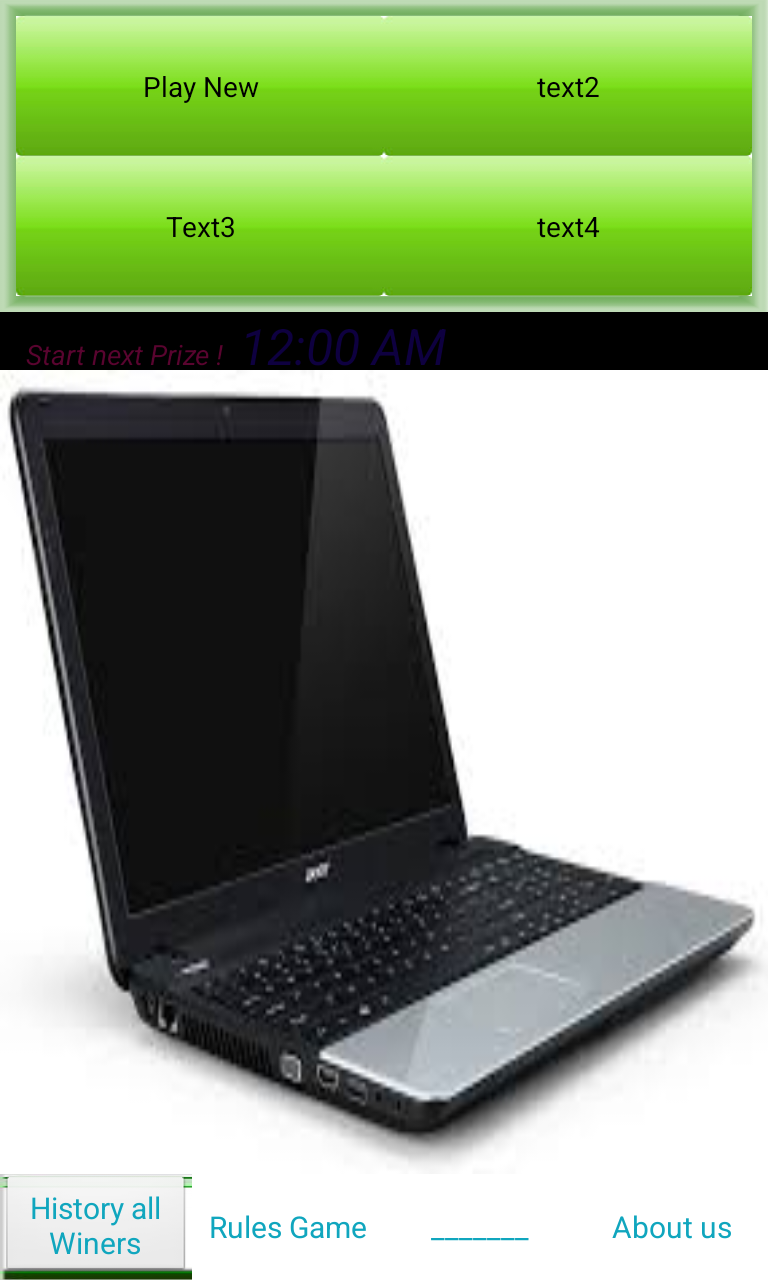
Repository: Skyremix/lottery
Layout: lotery/thelotter/res/layout/activity_main.xml
The author's editor kept a copy of each file at every save. The layout is drawn from the files as they stood at one save, then again after the next save.
It is drawn on a 768 x 1280 px phone screen (xhdpi) without system bars, with theme android:Theme.WithActionBar; the app's code is not run. The app's manifest (not shown) leaves right-to-left support off. So textAlignment, textDirection and layoutDirection are ignored, and left and right values win over start and end ones.

Above is the layout before, as saved 2015-04-07 20:43:29.

### lotery/thelotter/res/layout/activity_main.xml
<RelativeLayout xmlns:android="http://schemas.android.com/apk/res/android"
    xmlns:tools="http://schemas.android.com/tools"
    android:layout_width="match_parent"
    android:layout_height="match_parent"
    android:paddingBottom="0dp"
    android:paddingLeft="0dp"
    android:paddingRight="0dp"
    android:paddingTop="0dp"
    tools:context="com.example.thelotter.MainActivity" >

<LinearLayout
    android:layout_width="match_parent"
    android:layout_height="match_parent"
   	android:orientation="vertical">

    <LinearLayout
        android:layout_width="match_parent"
        android:layout_height="match_parent"
        android:layout_weight="1"
        android:orientation="vertical">

        <LinearLayout
            android:layout_width="match_parent"
            android:layout_height="156dp"
            android:orientation="vertical"
            android:background="@drawable/f">

            <LinearLayout
                android:layout_width="match_parent"
                android:layout_height="match_parent"
                android:orientation="horizontal"
                android:layout_weight="1"
                android:layout_marginLeft="0dp"
                android:layout_marginRight="0dp"
                android:layout_marginBottom="0dp">

                <Button
                    android:id="@+id/btn1"
                    android:layout_width="match_parent"
                    android:layout_height="match_parent"
                    android:layout_marginRight="0dp"
                    android:layout_weight="1"
                    android:background="@drawable/buttons"
                    android:paddingRight="0dp"
                    android:text="Play New"
                    android:layout_marginTop="8dp"
                    android:layout_marginLeft="8dp"/>

                <Button
                    android:id="@+id/btn2"
                    android:layout_width="match_parent"
                    android:layout_height="match_parent"
                    android:layout_marginLeft="0dp"
                    android:layout_weight="1"
                    android:paddingLeft="0dp"
                    android:text="text2"
                    android:background="@drawable/buttons"
                    android:layout_marginTop="8dp"
                    android:layout_marginRight="8dp"/>

            </LinearLayout>

            <LinearLayout
                android:layout_width="match_parent"
                android:layout_height="match_parent"
                android:orientation="horizontal"
                android:layout_weight="1"
                android:layout_marginLeft="0dp"
                android:layout_marginRight="0dp"
                android:layout_marginTop="0dp">

                <Button
                    android:id="@+id/btn3"
                    android:layout_width="match_parent"
                    android:layout_height="match_parent"
                    android:layout_weight="1"
                    android:onClick="@string/hello_world"
                    android:padding="0dp"
                    android:text="Text3"
                   	android:background="@drawable/buttons"
                   	android:layout_marginBottom="8dp"
                    android:layout_marginLeft="8dp"/>

                <Button
                    android:id="@+id/btn4"
                    android:layout_width="match_parent"
                    android:layout_height="match_parent"
                    android:layout_weight="1"
                    android:padding="0dp"
                    android:text="text4"
                    android:background="@drawable/buttons"
                    android:layout_marginBottom="8dp"
                    android:layout_marginRight="8dp"/>

            </LinearLayout>

        </LinearLayout>

        <LinearLayout
            android:layout_width="match_parent"
            android:layout_height="29dp" >

            <TextView
                android:id="@+id/txt1"
                android:layout_width="wrap_content"
                android:layout_height="wrap_content"
                android:layout_marginLeft="13dp"
                android:layout_marginRight="5dp"
                android:text="Start next Prize !"
                android:textColor="#59042F"
                android:textStyle="italic" />

            <DigitalClock
                android:id="@+id/digitalClock"
                android:layout_width="wrap_content"
                android:layout_height="wrap_content"
                android:layout_marginLeft="3dp"
                android:textAlignment="center"
                android:textColor="#0E0040"
                android:textSize="25sp"
                android:textStyle="italic"
            	/>

        </LinearLayout>

         <LinearLayout
             android:layout_width="match_parent"
             android:layout_height="match_parent" >

             <ImageView
                 android:id="@+id/imgGarely"
                 android:layout_width="match_parent"
                 android:layout_height="match_parent"
                 android:background="@drawable/p" />

        </LinearLayout>
    </LinearLayout>

    <LinearLayout
        android:layout_width="match_parent"
        android:layout_height="53dp"
        android:background="@drawable/b"
        android:orientation="horizontal" >

        <Button
            android:id="@+id/btnHistory"
            android:layout_width="match_parent"
            android:layout_height="match_parent"
            android:text="History all Winers"
            android:textSize="15sp"
            android:textColor="#10A6BE"
            android:layout_weight="1"/>

         <Button
            android:id="@+id/btnRules"
            android:layout_width="match_parent"
            android:layout_height="match_parent"
            android:text="Rules Game"
            android:textSize="15sp"
            android:textColor="#10A6BE"
            android:layout_weight="1"
            android:background="#ffffff"/>

      <Button
            android:id="@+id/btnSpace"
            android:layout_width="match_parent"
            android:layout_height="match_parent"
            android:text="_______"
            android:textSize="15sp"
            android:textColor="#10A6BE"
            android:background="#ffffff"
            android:layout_weight="1"/>

        <Button
            android:id="@+id/btnAbout"
            android:layout_width="match_parent"
            android:layout_height="match_parent"
            android:text="About us"
            android:background="#ffffff"
            android:textSize="15sp"
            android:textColor="#10A6BE"
            android:layout_weight="1"/>

    </LinearLayout>

</LinearLayout>

</RelativeLayout>

### lotery/thelotter/res/values/strings.xml
<?xml version="1.0" encoding="utf-8"?>
<resources>

    <string name="app_name">thelotter</string>
    <string name="hello_world">Hello world!</string>
    <string name="account">Account</string>
    <string name="rules">Rules</string>
    <string name="about_as">About AS</string>
    <string name="quit">Quit</string>

</resources>

After the next save:
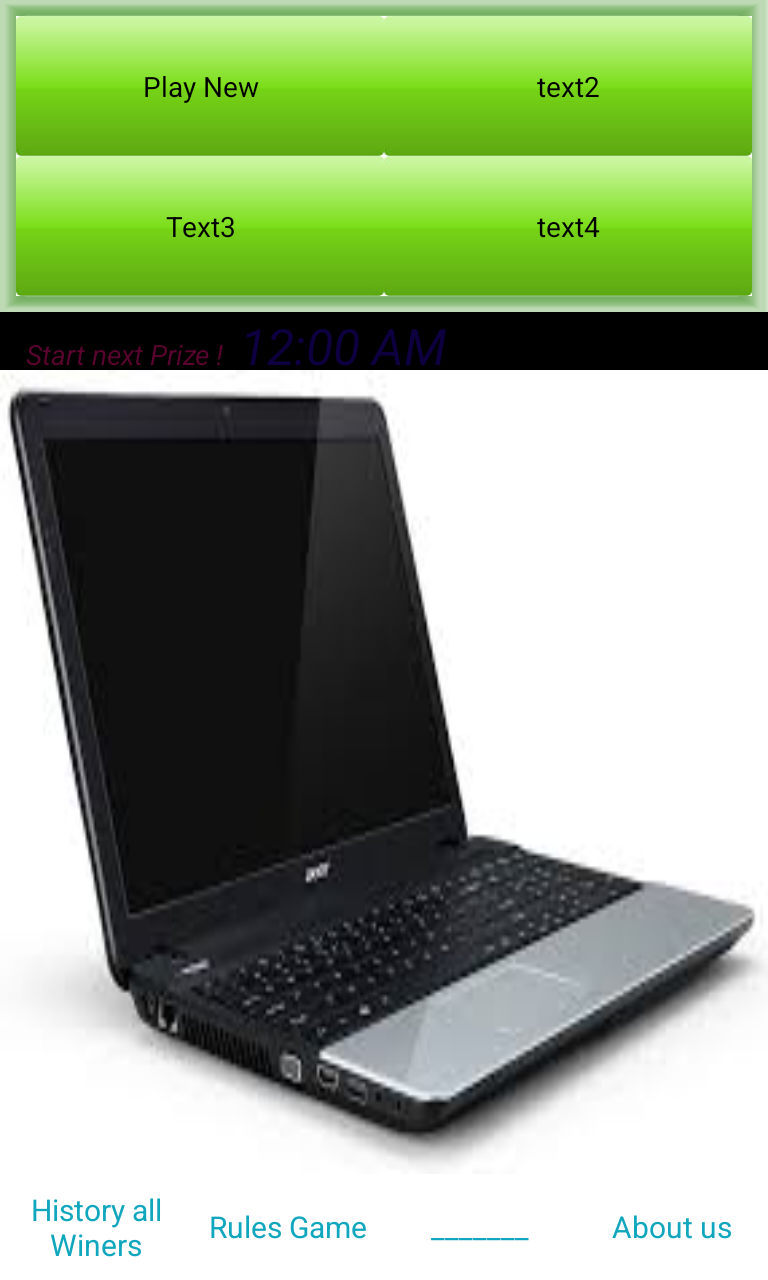
Saved 7 s later.
--- a/lotery/thelotter/res/layout/activity_main.xml
+++ b/lotery/thelotter/res/layout/activity_main.xml
@@ -149,7 +149,8 @@
             android:text="History all Winers"
             android:textSize="15sp"
             android:textColor="#10A6BE"
-            android:layout_weight="1"/>
+            android:layout_weight="1"
+            android:background="#ffffff"/>
 
          <Button
             android:id="@+id/btnRules"
